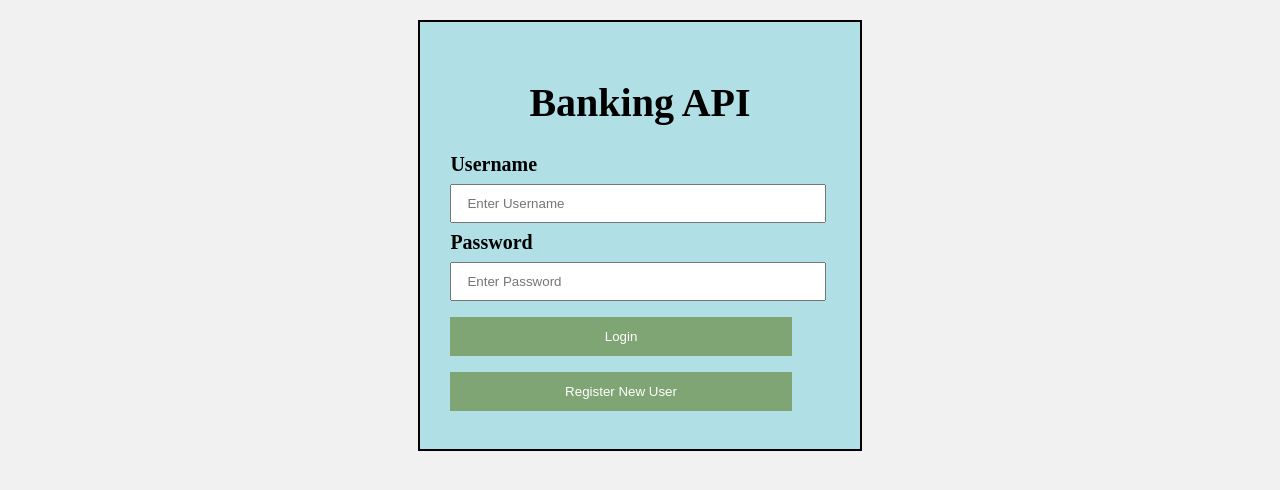
Repository: kennyufish/Revature_ROCP1_Project_Banking_API
Page: banking_api/src/main/webapp/index.html
The author's editor kept a copy of each file at every save. The page is drawn from the files as they stood at one save, then again after the next save.
The browser window is 1280 px wide. The pictures show the whole page.

Above is the page before, as saved 2020-10-10 05:02:08.

After the next save:
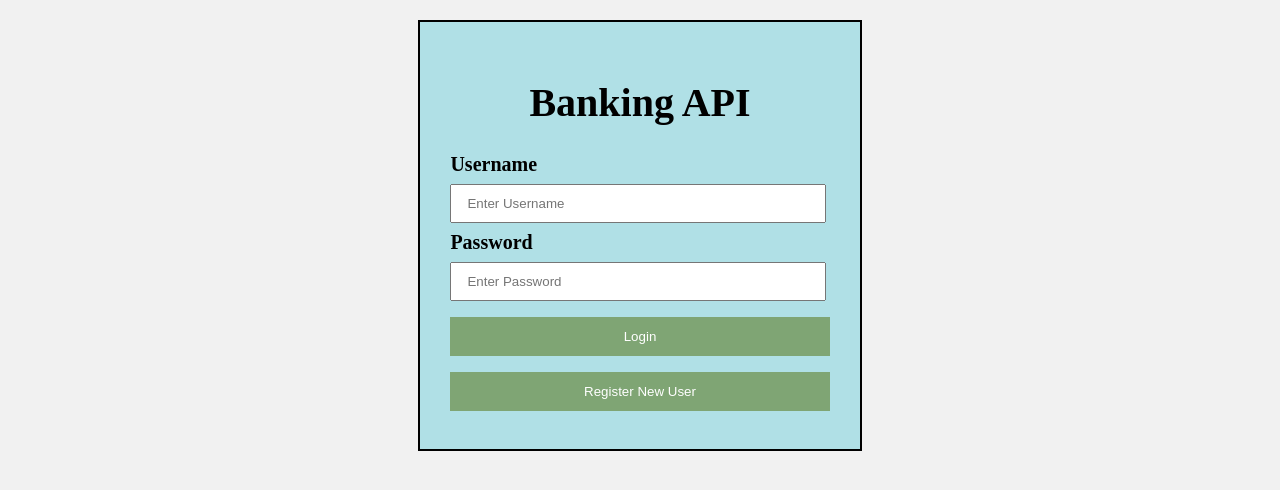
Saved 11 s later.
--- a/banking_api/src/main/webapp/index.html
+++ b/banking_api/src/main/webapp/index.html
@@ -35,7 +35,7 @@ button{
 	margin: 8px 0;
 	border:none;
 	cursor:pointer;
-	width:90%;
+	width:100%;
 }
 
 button:hover{
